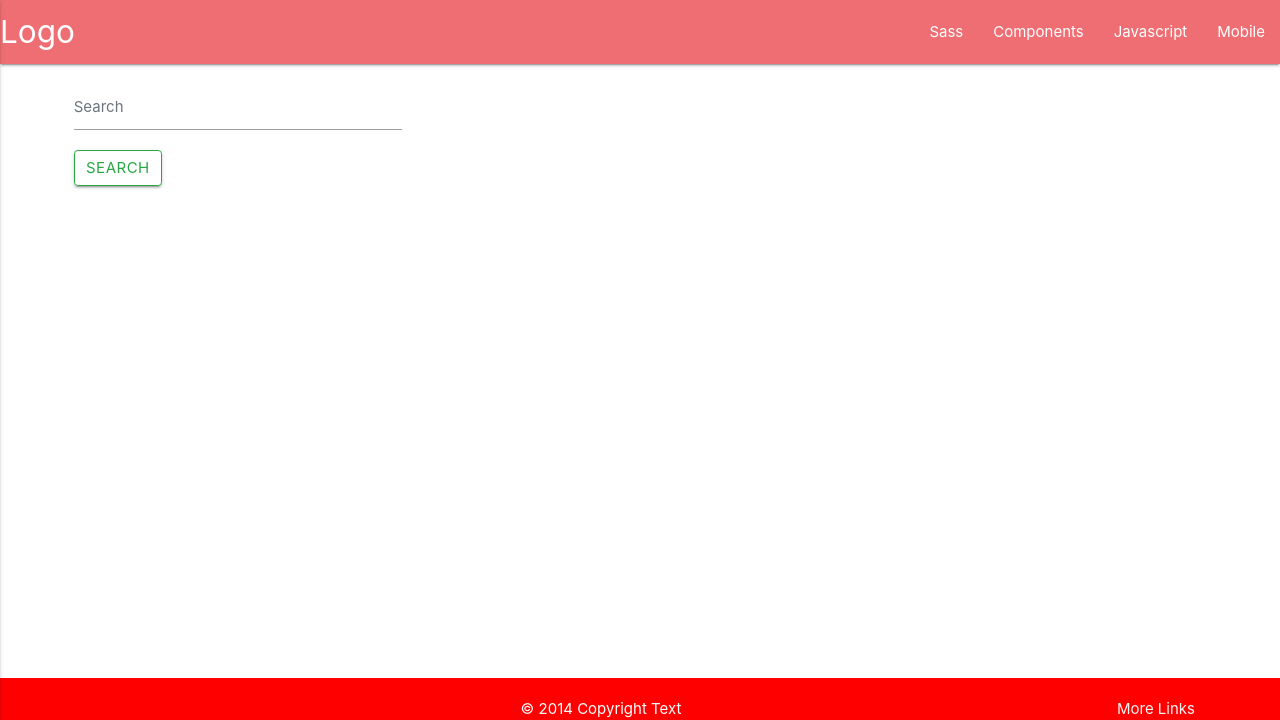
Repository: Lemoenskil/Milestone_project_3_Garden_planner
Page: http://localhost/
The author's editor kept a record of every edit. The page is drawn from the files as they stood at one moment, then again after the next edit.
The browser window is 1280 px wide. The pictures show the whole page.
Some web libraries are served in a nearby version. The page is served by the project's application, run on Flask 3 (app.py). Queries for data that is not in the repository find no rows.

Above is the page before.
Console error: TypeError: Cannot read properties of undefined (reading 'fn')

### templates/plant_records.html
{% extends "base.html" %}
{% block content %}

    <div class="row text-center">
      {% for plant in plants%}

        <a href="#" class="card col-md-11 col-lg-3 mt-5 col-sm-11 col-xl-3" >
          <img src="{{plant.picture_link}}" class="card-img-top" alt="">
              <div class="card-body">
                <h5 class="card-title">{{plant.plant_name}}</h5>
              </div>
        </a>
      {%endfor%}
    </div>
    <div class="row">

        <form class="form-inline my-2 my-lg-0">
          <input class="form-control mr-sm-2" type="search" placeholder="Search">
          <button class="btn btn-outline-success my-2 my-sm-0" type="submit">Search</button>
        </form>
      </nav>
    </div>


{% endblock %}

### templates/base.html
<!DOCTYPE html>
<html lang="en">
<head>
    <meta charset="UTF-8">
    <meta name="viewport" content="width=device-width, initial-scale=1.0">
    <meta http-equiv="X-UA-Compatible" content="ie=edge">
     <link href="https://fonts.googleapis.com/icon?family=Material+Icons" rel="stylesheet">
    <link rel="stylesheet" href="https://cdnjs.cloudflare.com/ajax/libs/materialize/0.100.2/css/materialize.min.css">
    <link href="https://stackpath.bootstrapcdn.com/bootstrap/4.4.1/css/bootstrap.min.css" rel="stylesheet" integrity="sha384-Vkoo8x4CGsO3+Hhxv8T/Q5PaXtkKtu6ug5TOeNV6gBiFeWPGFN9MuhOf23Q9Ifjh" crossorigin="anonymous">
    <script src="https://maxcdn.bootstrapcdn.com/bootstrap/4.1.1/js/bootstrap.min.js"></script>
    <link rel="stylesheet" href="{{url_for('static', filename='css/style.css')}}" type="text/css" />
    <title>Garden Planner</title>
</head>
<body>
    <header>
       <nav>
            <div class="nav-wrapper">
                <a href="#!" class="brand-logo">Logo</a>
                <a href="#" data-activates="mobile-demo" class="button-collapse"><i class="material-icons">menu</i></a>
                <ul class="right hide-on-med-and-down">
                    <li><a href="sass.html">Sass</a></li>
                    <li><a href="badges.html">Components</a></li>
                    <li><a href="collapsible.html">Javascript</a></li>
                    <li><a href="mobile.html">Mobile</a></li>
                </ul>
                <ul class="side-nav" id="mobile-demo">
                    <li><a href="sass.html">Sass</a></li>
                    <li><a href="badges.html">Components</a></li>
                    <li><a href="collapsible.html">Javascript</a></li>
                    <li><a href="mobile.html">Mobile</a></li>
                </ul>
            </div>
        </nav>
    </header>

    <main class="container">
        {% block content %}{% endblock %}
    </main>

    <footer class="page-footer">
        <div class="container" class="footer-copyright">
            © 2014 Copyright Text
            <a class="grey-text text-lighten-4 right" href="#!">More Links</a>
        </div>
    </footer>
    <script src="https://code.jquery.com/jquery-3.4.1.slim.min.js" integrity="sha384-J6qa4849blE2+poT4WnyKhv5vZF5SrPo0iEjwBvKU7imGFAV0wwj1yYfoRSJoZ+n" crossorigin="anonymous"></script>
    <script src="https://cdnjs.cloudflare.com/ajax/libs/jquery/3.2.1/jquery.min.js"></script>
    <script src="https://stackpath.bootstrapcdn.com/bootstrap/4.4.1/js/bootstrap.min.js"></script>
    <script src="https://cdnjs.cloudflare.com/ajax/libs/materialize/0.100.2/js/materialize.min.js"></script>
    <script type="text/javascript">
        $(document).ready(function() {
            $(".button-collapse").sideNav();
        });
            $('.carousel').carousel({
        interval: 2000
        });


    </script>
</body>
</html>

### app.py
import os
from flask import Flask, render_template, redirect, request, url_for
from flask_pymongo import PyMongo, DESCENDING
from bson.objectid import ObjectId


app = Flask ("----name----")
app.config["MONGO_DBNAME"] = 'garden_planner'
app.config["MONGO_URI"] = 'mongodb+srv://CP3O:iYmkh8QOgi2fhu2y@lemoenskil-4vjdx.mongodb.net/garden_planner?retryWrites=true&w=majority'

mongo = PyMongo(app)

@app.route('/')
@app.route('/plant_records')
def get_plant_record():
    plant_cards = mongo.db.plant_data.find().sort([('views', DESCENDING)]).limit(6)
    return render_template("plant_records.html", title="Home", plants = plant_cards)



if __name__ == '__main__':
    app.run(host=os.environ.get('IP'),
            port=int(os.environ.get('PORT')),
            debug=True)

### static/css/style.css
.mt-5, .my-5 {
    margin: 2rem!important;
}

.card{
  width: 100%;
}

body {
  display: flex;
  min-height: 100vh;
  flex-direction: column;
}

main {
  flex: 1 0 auto;
}


.page-footer{
    position: fixed;
   left: 0;
   bottom: 0;
   width: 100%;
   background-color: red;
   color: white;
   text-align: center;
}

.card-sm{
  margin-bottom: 50px;
}

.form-control-borderless {
    border: none;
}

.form-control-borderless:hover, .form-control-borderless:active, .form-control-borderless:focus {
    border: none;
    outline: none;
    box-shadow: none;
}

.search_box{
    width: 100%;
    margin: 6%;
}
.align-items-center{
    margin: 0px!important;
}

After the next edit:
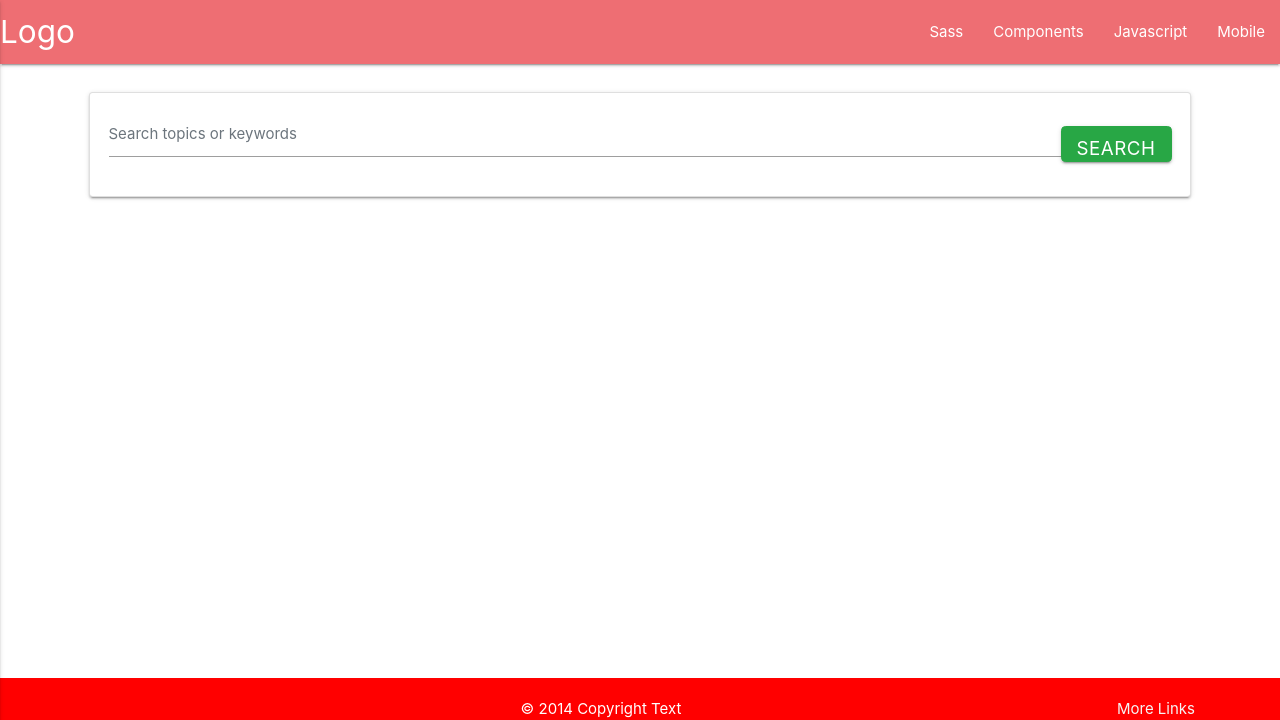
The edit:
--- a/templates/plant_records.html
+++ b/templates/plant_records.html
@@ -12,13 +12,25 @@
         </a>
       {%endfor%}
     </div>
-    <div class="row">
-
-        <form class="form-inline my-2 my-lg-0">
-          <input class="form-control mr-sm-2" type="search" placeholder="Search">
-          <button class="btn btn-outline-success my-2 my-sm-0" type="submit">Search</button>
-        </form>
-      </nav>
+    <div class="row justify-content-center">
+        <div class="col-12">
+          <form class="card card-sm">
+              <div class="card-body row no-gutters align-items-center">
+                  <div class="col-auto">
+                      <i class="fas fa-search h4 text-body"></i>
+                  </div>
+                  <!--end of col-->
+                  <div class="col">
+                      <input class="form-control form-control-lg form-control-borderless" type="search" placeholder="Search topics or keywords">
+                  </div>
+                  <!--end of col-->
+                  <div class="col-auto">
+                      <button class="btn btn-lg btn-success" type="submit">Search</button>
+                  </div>
+                  <!--end of col-->
+              </div>
+          </form>
+      </div>
     </div>
 
 
